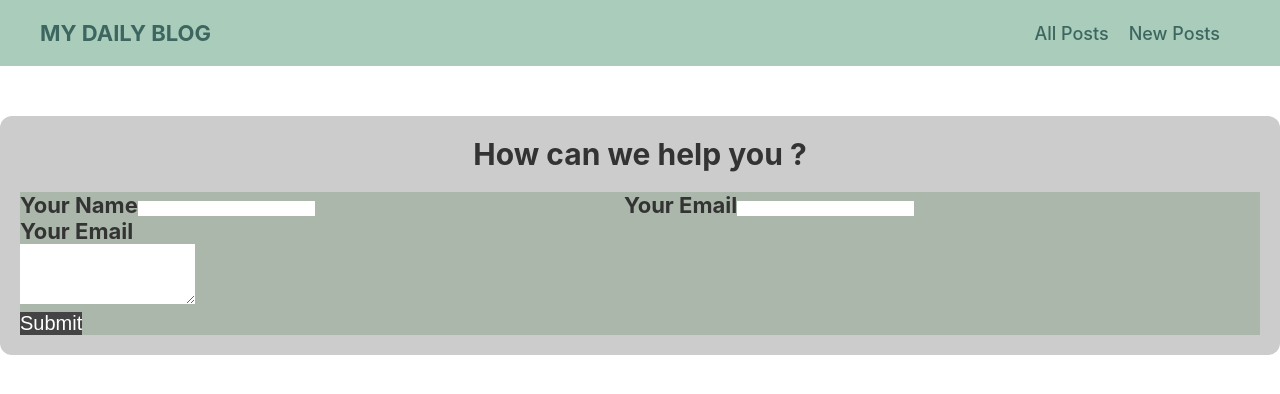
Repository: lyvandat/post-project-nextjs
Page: /new-post
The author's editor kept a copy of each file at every save. The page is drawn from the files as they stood at one save, then again after the next save.
The browser window is 1280 px wide. The pictures show the whole page.
The project was rebuilt for these pictures with package versions that can differ from the ones it lists, and the page was loaded fresh each time. The framework's server and built-in components were replaced by stand-ins that run in the browser. Also part of the build but not shown: next.config.js.

Above is the page before, as saved 2022-09-26 18:35:31.

After the next save:
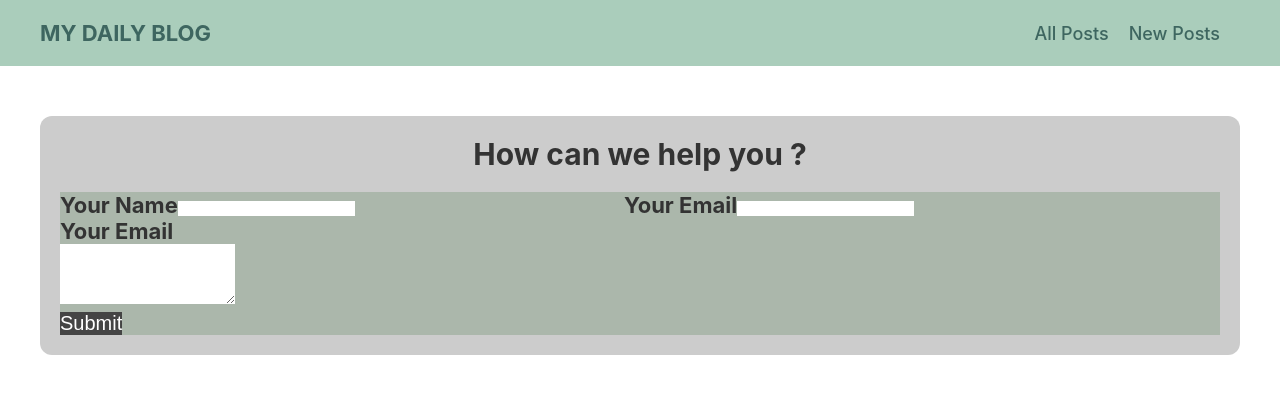
Saved 32 s later.
--- a/components/posts/NewPost.tsx
+++ b/components/posts/NewPost.tsx
@@ -2,7 +2,7 @@ import classes from "./NewPost.module.css";
 
 const NewPost: React.FC = (props) => {
   return (
-    <section className={classes.contact}>
+    <section className={`${classes.contact} container`}>
       <h1> How can we help you ?</h1>
       <form className={classes.form}>
         <div className={classes.controls}>
